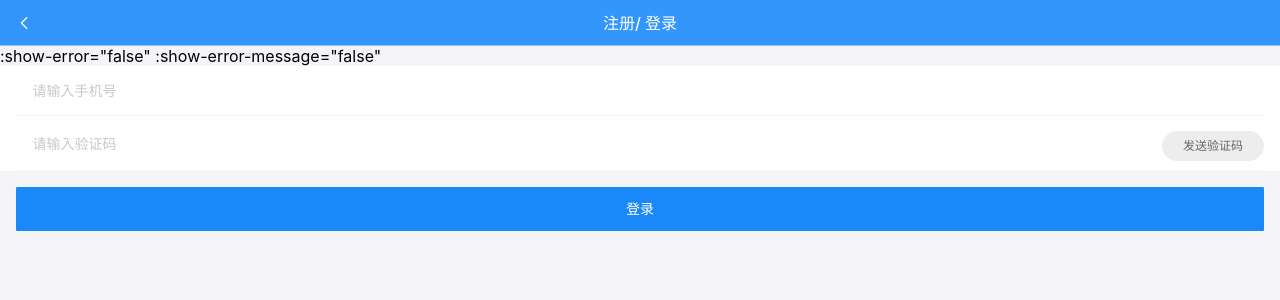
Repository: xn-lb/toutiao-mb
Page: /#/login
These files come from the project's save history. The page is drawn as it stood at one moment and after the next save; the edit follows.
The browser window is 1280 px wide. The pictures show the whole page.
Some web fonts or font styles are not loaded; a fallback is used. The project was rebuilt for these pictures with package versions that can differ from the ones it lists, and the page was loaded fresh each time. Also part of the build but not shown: vue.config.js.

Above is the page before, as saved 2023-03-24 09:05:49.

### src/main.js
import Vue from 'vue'
import App from './App.vue'
import router from './router'
import store from './store'
// 加载全局样式
import './styles/index.less'
import Vant from 'vant' //加载Vant 组件库

import 'amfe-flexible' //加载动态设置  rem 基准值

Vue.use(Vant); //注册使用组件库

import 'vant/lib/index.css' //加载全局样式

Vue.config.productionTip = false

new Vue({
    router,
    store,
    render: h => h(App)
}).$mount('#app')

### src/App.vue
<template>
  <div id="app">
  <!-- 路由的出口 -->
    <router-view></router-view>



  </div>
</template>
<script>
export default {
  name: 'APP'
}
</script>
<style lang="less">

</style>

### src/router/index.js
import Vue from 'vue'
import VueRouter from 'vue-router'



Vue.use(VueRouter)

// 路由表
const routes = [{
        path: '/login',
        name: 'LoginIndex',
        component: () =>
            import ('@/views/login')
    },
    {
        path: '/',
        component: () =>
            import ('@/views/layout/'),
        children: [{
                path: '/qa',
                name: 'qa',
                component: () =>
                    import ('@/views/qa/')
            },
            {
                path: '/video',
                name: 'video',
                component: () =>
                    import ('@/views/video/')
            },
            {
                path: '/my', //默认子路由
                name: 'my',
                component: () =>
                    import ('@/views/my/')
            },
            {
                path: '', //默认子路由
                name: 'home',
                component: () =>
                    import ('@/views/home/')
            }
        ]
    }

]

const router = new VueRouter({
    routes
})

export default router

### src/styles/index.less
// 全局样式文件
// 加载图标样式
@import "./icon.less";

body{
    background-color: #f5f5f9;
}
.app-nav-bar{
    background-color: #3296fa !important;
    .van-nav-bar__title{
        color: #fff;
    }
    .van-icon{
        color:#fff !important;
    }
}

### src/views/login/index.vue
<template>
<div class="login-container">
  <!-- 导航栏 -->
  <van-nav-bar class="app-nav-bar"
    title=" 注册/ 登录"
    left-arrow
    @click-left="$router.back()"
    />

  <!-- 登录表单 -->
<!--
给予vant的表单验证
1、使用van-from 组件包裹所有的表单项 van-filed
2、给van-form 绑定submit事件， 当表单提交的时候会触发submit事件
    提示：只有表单验证通过，它才会调用submit
3、使用filed的rules属性定义校验规则(不建议直接放到)
-->

  <van-form
    @submit="onLogin">
    :show-error="false"
    :show-error-message="false"
    <!-- 输入手机号 -->
<van-field
  class="icon-hl"
  v-model="user.mobile"
  name="手机号"
  placeholder="请输入手机号"
  :rules="formRules.mobile"
  >
    <i slot="left-icon" class="toutiao toutiao-shouji"></i>
  </van-field>
  <!-- 输入验证码 -->
<van-field
class="icon-hl"
  v-model="user.code"
  name="验证码"
  placeholder="请输入验证码"
  :rules="formRules.code"
>
  <i slot="left-icon" class="toutiao toutiao-yanzhengma"></i>
  <template #button>
  <van-button size="small" type="default" round class="send-sms-btn">发送验证码</van-button>
</template>
</van-field>
<!-- 登录按钮 -->
<div style="margin: 16px;">
  <div class="login-btn-wrap">
  <van-button
  block
  type="info"
  class="login-btn"

  >登录</van-button>
  </div>
</div>
</van-form>
</div>
</template>

<script>
import {login} from '@/api/user'
import { Toast } from 'vant';

export default {
name: 'LoginIndex',
components: {
  onsubmit
},
props: {},
data () {
  return {
    user:{
      mobile:'',//手机号
      code:''//验证码
    },
    formRules:{
      mobile:[
        { required: true, message: '请输入手机号' },
        {pattern:/^1{3|5|7|9]\d{9}$/,message:'手机号格式错误'}
      ],
      code:[
        { required: true, message: '请输入验证码' },
        {pattern:/^\d{6}$/,message:'验证码格式错误'}
      ]

    }
  }
},
computed: {},
watch: {},
created () {},
mounted () {},
methods: {
  async onLogin (){
    //1.获取表单数据

    //2.表单验证
    //3.提交表单登录
    try{
    Toast.loading({
    message: '登录中...',//提示文本
    forbidClick: true,
    duration:0  //展示时长，为0时，toast不会消失
});
      const res = await login(this.user)
      // console.log('登录成功', res);
      Toast.success('登陆成功')
    } catch (err){
      // console.log('登录失败', err);
      Toast.fail('登录失败')
    }

    // 4.根据请求响应结果处理后续操作
  }
},

}
</script>

<style scoped lang="less">
.page-nav-bar{
background-color:#3296fa;
}
.login-container{
.toutiao{
  font-style: 37px;
}

}
.send-sms-btn{
background-color: #ededed;
font-style: 22px;
color: #666;
width: 102px;
height: 30px;
// line-height: 46;
}
.login-btn-wrap{
background-color: #6db4fb;
border: none;
font-style: 42px;
}
.icon-hl{
line-height:  30px;
}
</style>

### src/styles/icon.less
@font-face {
    font-family: "toutiao"; /* Project id 3968849 */
    src: url('//at.alicdn.com/t/c/font_3968849_y288fdc89co.eot?t=1679462277967'); /* IE9 */
    src: url('//at.alicdn.com/t/c/font_3968849_y288fdc89co.eot?t=1679462277967#iefix') format('embedded-opentype'), /* IE6-IE8 */
         url('//at.alicdn.com/t/c/font_3968849_y288fdc89co.woff2?t=1679462277967') format('woff2'),
         url('//at.alicdn.com/t/c/font_3968849_y288fdc89co.woff?t=1679462277967') format('woff'),
         url('//at.alicdn.com/t/c/font_3968849_y288fdc89co.ttf?t=1679462277967') format('truetype'),
         url('//at.alicdn.com/t/c/font_3968849_y288fdc89co.svg?t=1679462277967#toutiao') format('svg');
  }

  .toutiao {
    font-family: "toutiao" !important;
    font-size: 16px;
    font-style: normal;
    -webkit-font-smoothing: antialiased;
    -moz-osx-font-smoothing: grayscale;
  }

  .toutiao-guanbi:before {
    content: "\e601";
  }

  .toutiao-gengduo:before {
    content: "\e602";
  }

  .toutiao-pinglun:before {
    content: "\e603";
  }

  .toutiao-shanchu:before {
    content: "\e604";
  }

  .toutiao-dianzan:before {
    content: "\e605";
  }

  .toutiao-lishi:before {
    content: "\e606";
  }

  .toutiao-shipin:before {
    content: "\e607";
  }

  .toutiao-shoucang:before {
    content: "\e608";
  }

  .toutiao-yanzhengma:before {
    content: "\e609";
  }

  .toutiao-wenda:before {
    content: "\e60a";
  }

  .toutiao-fenxiang:before {
    content: "\e60b";
  }

  .toutiao-youjiantou:before {
    content: "\e60c";
  }

  .toutiao-wuwangluo:before {
    content: "\e60d";
  }

  .toutiao-shouji:before {
    content: "\e60e";
  }

  .toutiao-zuojiantou:before {
    content: "\e60f";
  }

  .toutiao-shouye:before {
    content: "\e610";
  }

  .toutiao-wode:before {
    content: "\e611";
  }

  .toutiao-sousuo:before {
    content: "\e612";
  }

  .toutiao-zuopin:before {
    content: "\e613";
  }

  .toutiao-yuedu:before {
    content: "\e614";
  }

### src/api/user.js
// 用户相关请求模块
import request from "@/utils/request";

// 登录/注册
export const login = data => {
    return request({
        method: 'POST',
        url: '/v1_0/authorizations',
        data
    })
}

### src/utils/request.js
// 封装axios 请求模块
import axios from "axios"

const request = axios.create({
    baseURL: 'http://toutiao.itheima.net/' //接口的基本路径
})


// 请求拦截器


// 响应拦截器

export default request

Loaded but not shown: public/index.html (common file); src/store/index.js (common file)

After the next save:
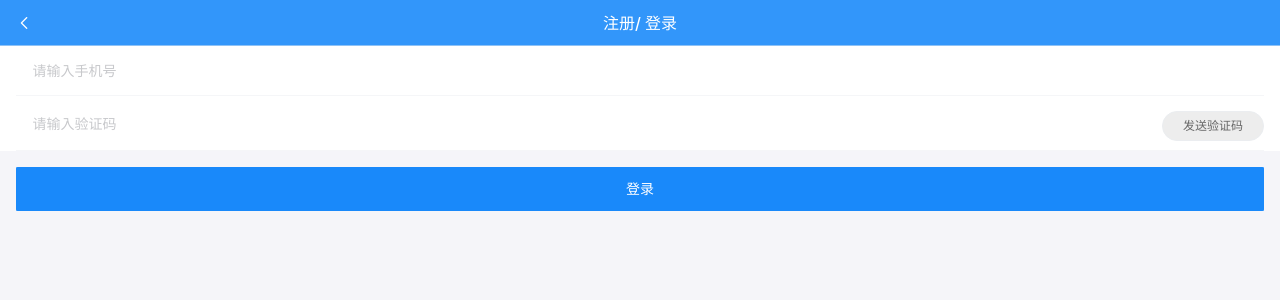
Saved 19 s later.
--- a/src/views/login/index.vue
+++ b/src/views/login/index.vue
@@ -17,9 +17,11 @@
 -->
 
   <van-form
-    @submit="onLogin">
+    @submit="onLogin"
     :show-error="false"
     :show-error-message="false"
+    >
+
     <!-- 输入手机号 -->
 <van-field
   class="icon-hl"
